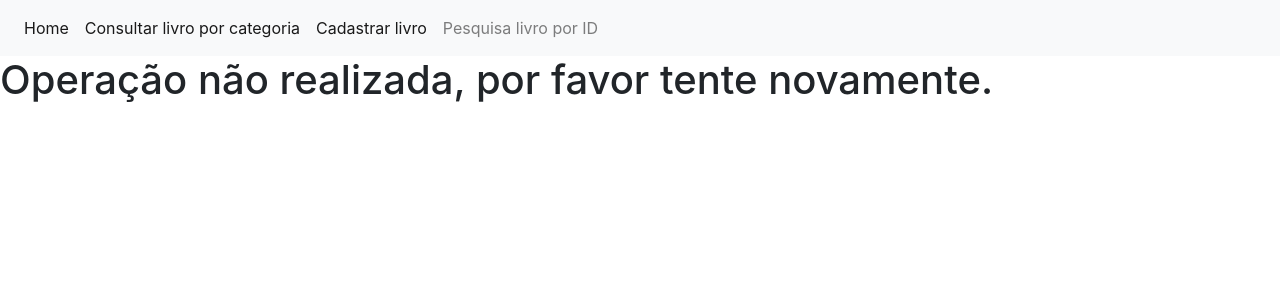
Repository: SrtaVerdant/projeto-livraria
Page: http://localhost/ProjetoLivraria/error.jsp
These files come from the project's save history. The page is drawn as it stood at one moment and after the next save; the edit follows.
The browser window is 1280 px wide. The pictures show the whole page.
Some web libraries are served in a nearby version. The page is served by Tomcat 9.

Above is the page before, as saved 2022-10-30 15:15:46.

After the next save:
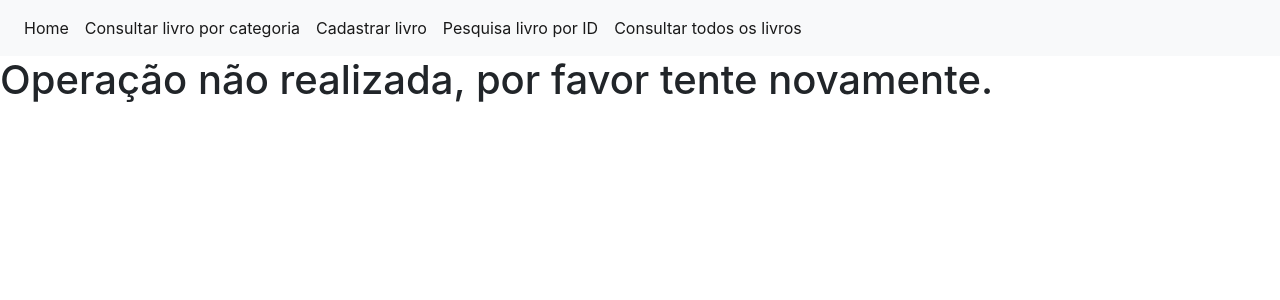
Saved 78 s later.
--- a/ProjetoLivraria/src/main/webapp/error.jsp
+++ b/ProjetoLivraria/src/main/webapp/error.jsp
@@ -25,18 +25,21 @@
 	<nav class="navbar navbar-expand-lg navbar-light bg-light">
 	  <div class="collapse navbar-collapse" id="navbarNav">
 	    <ul class="navbar-nav">
-	    <li class="nav-item active">
-	        <a class="nav-link" href="index.jsp">Home<span class="sr-only">(current)</span></a>
-	      </li>
+	    	<li class="nav-item active">
+	        	<a class="nav-link" href="index.jsp">Home</a>
+	      	</li>
 	   		<li class="nav-item active">
-	        <a class="nav-link" href="consultar.jsp">Consultar livro por categoria</a>
-	      </li>
-	      <li class="nav-item active">
-	        <a class="nav-link" href="adicionar.jsp">Cadastrar livro</a>
-	      </li>
-	      <li class="nav-item">
-	        <a class="nav-link" href="pesquisaLivroPorId.jsp">Pesquisa livro por ID</a>
-	      </li>
+	        	<a class="nav-link" href="listaLivroPorCategoria.jsp">Consultar livro por categoria</a>
+	      	</li>
+	      	<li class="nav-item active">
+	       		<a class="nav-link" href="adicionar.jsp">Cadastrar livro</a>
+	      	</li>
+	      	<li class="nav-item active">
+	        	<a class="nav-link" href="pesquisaLivroPorId.jsp">Pesquisa livro por ID</a>
+	      	</li>
+	      	<li class="nav-item active">
+        		<a class="nav-link" href="consultar.jsp">Consultar todos os livros</a>
+      		</li>
 	    </ul>
 	  </div>
 	</nav>
